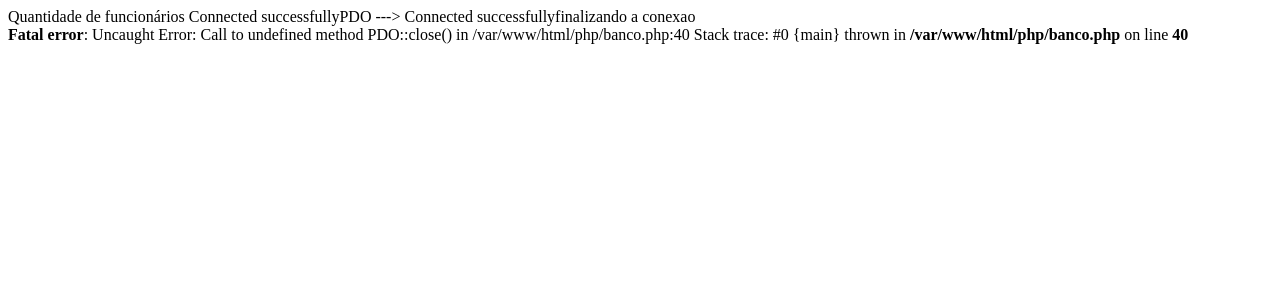
Repository: raphaelLacerda/estudos
Page: http://localhost/php/banco.php
These files come from the project's save history. The page is drawn as it stood at one moment and after the next save; the edit follows.
The browser window is 1280 px wide. The pictures show the whole page.
The page is run by PHP 8.4 with error messages shown; the project is at /var/www/html/.

Above is the page before, as saved 2017-08-18 16:22:25.

After the next save:
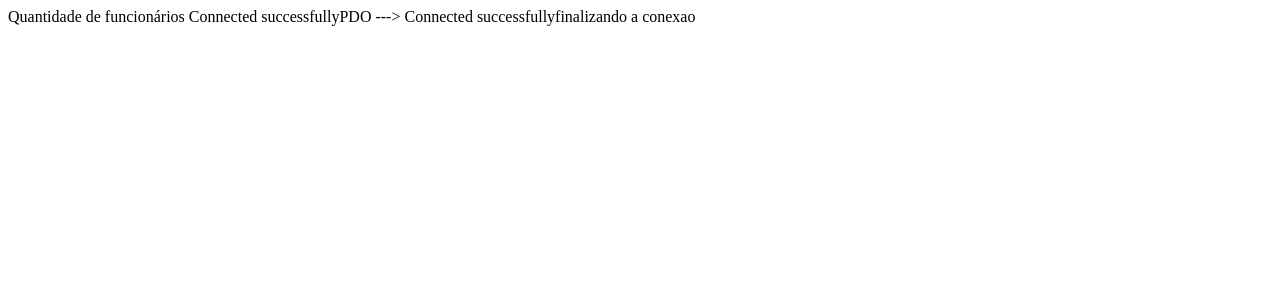
Saved 8 s later.
--- a/php/banco.php
+++ b/php/banco.php
@@ -37,7 +37,7 @@ try {
     echo "Connection failed: " . $e->getMessage();
 } finally {
     echo "finalizando a conexao";
-    $conn->close();
+    $conn = null;
 }
 
 
